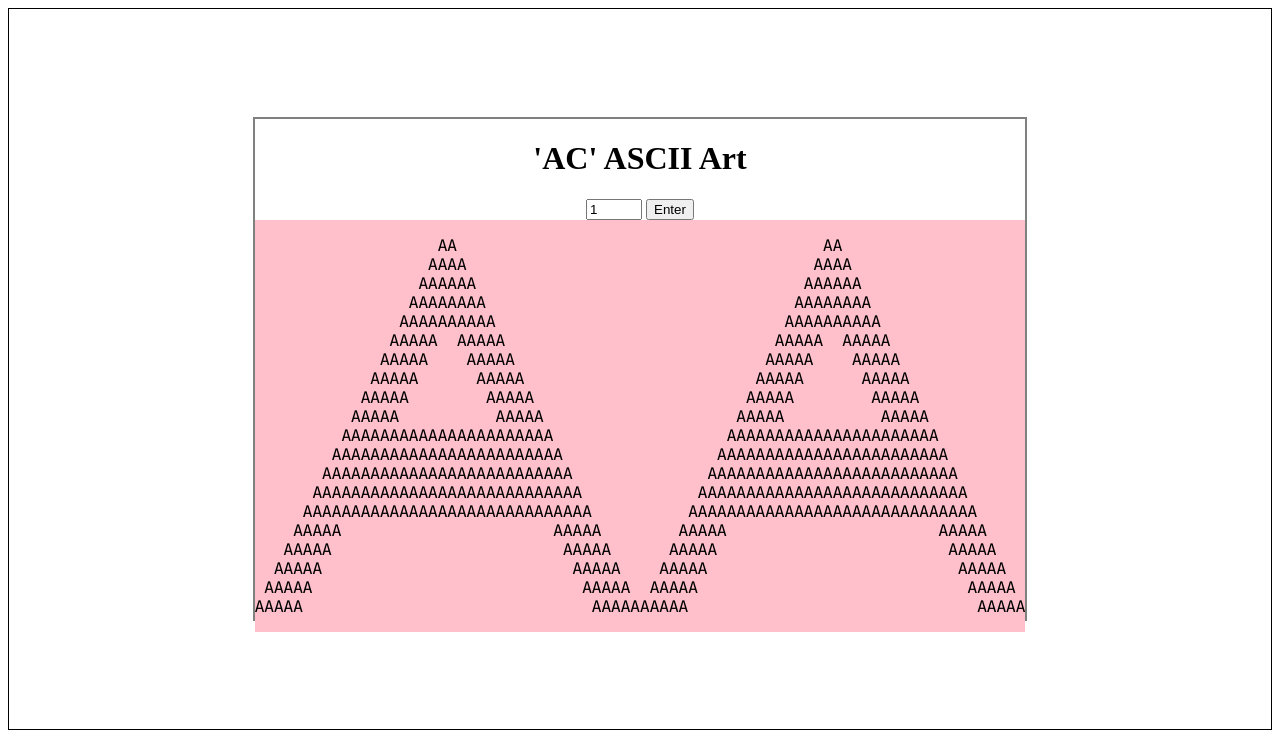
Repository: Achorn/ascii-art
Page: index.html
These files come from the project's save history. The page is drawn as it stood at one moment and after the next save; the edit follows.
The browser window is 1280 px wide. The pictures show the whole page.

Above is the page before, as saved 2021-08-09 17:55:51.

After the next save:
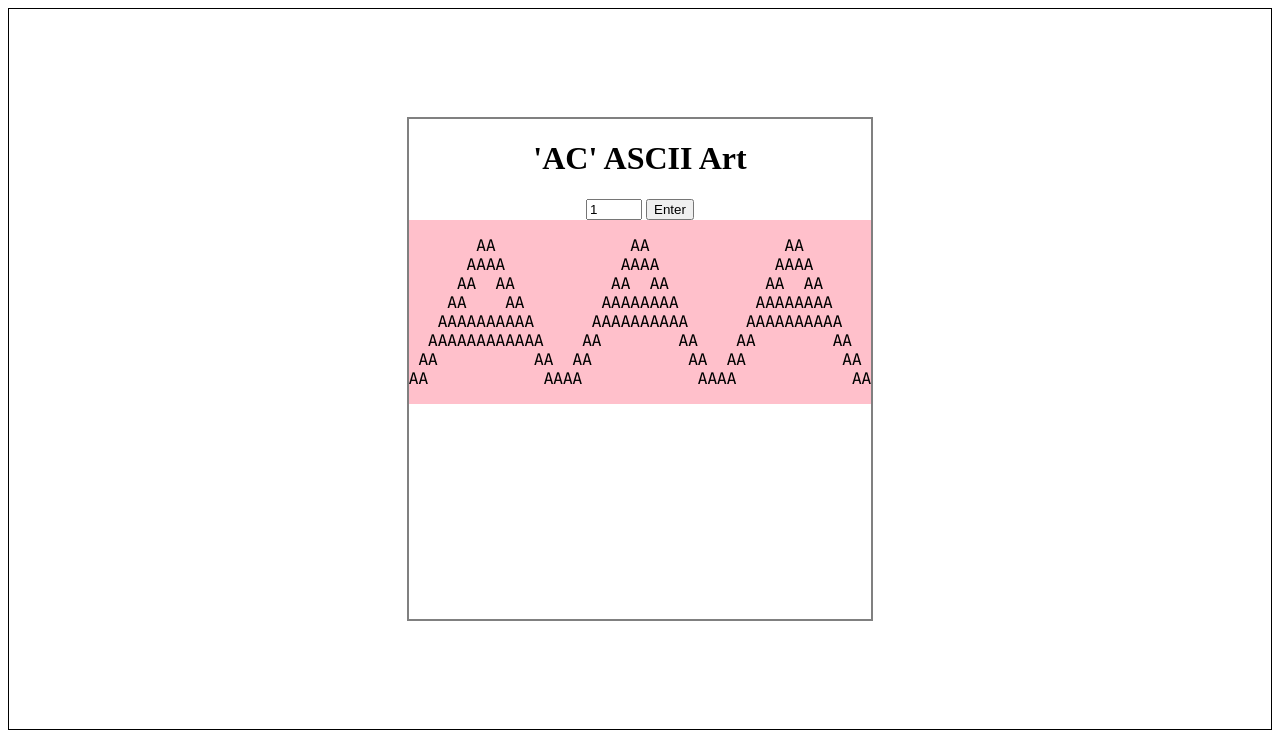
Saved 40 s later.
--- a/myscripts.js
+++ b/myscripts.js
@@ -165,7 +165,6 @@ function scaleSpread(array, factor) {
 
   return scaled;
 }
-let sixteen = scaleSpread(eight, 2);
 
 function arrToString(arr) {
   let string = "";
@@ -199,7 +198,7 @@ function trimA(arr, lWidth) {
 
 let monoA = document.getElementById("mono-a");
 let monoC = document.getElementById("mono-c");
-let scale = 5;
+let scale = 2;
 let scaled = scaleSpread(four, scale);
 trimA(scaled, scale);
 
@@ -207,5 +206,5 @@ trimA(scaled, scale);
 // monoA.style.fontSize = `${4 / scale / 2}em`;
 // monoC.style.fontSize = `${4 / scale}em`;
 monoA.innerHTML = halfArrToString(scaled);
-monoC.innerHTML = halfArrToString(scaled);
+monoC.innerHTML = halfArrToString(eight);
 // mono.innerHTML += arrToString(scaleSpread(eight, 1));
